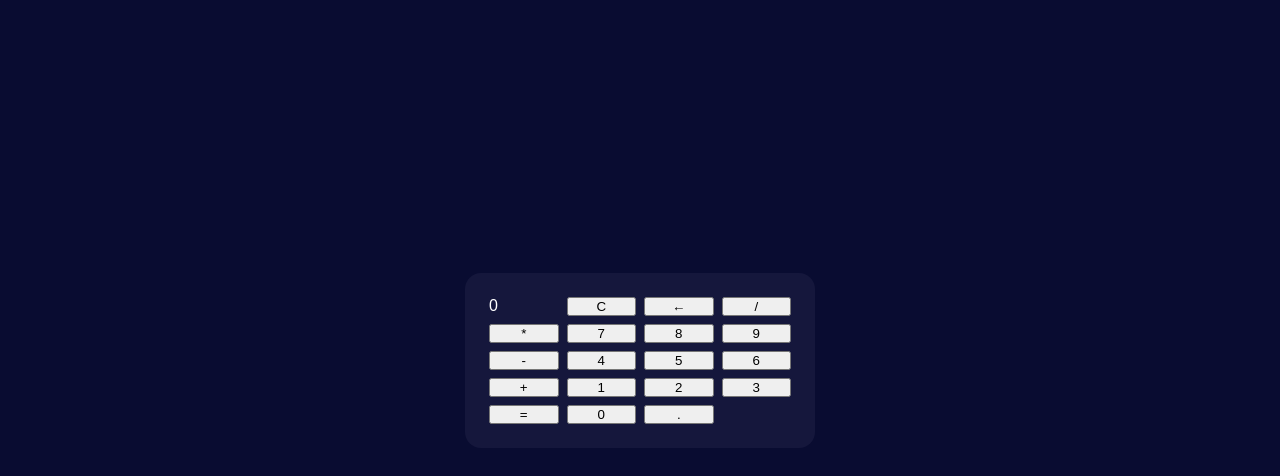
Repository: Herinyhert/Calculator
Page: index.html
These files come from the project's save history. The page is drawn as it stood at one moment and after a run of saves; the edit follows.
The browser window is 1280 px wide. The pictures show the whole page.

Above is the page before, as saved 2023-05-21 20:46:42.

### index.html
<html lang="en">
<head>
    <meta charset="UTF-8">
    <meta http-equiv="X-UA-Compatible" content="IE=edge">
    <meta name="viewport" content="width=device-width, initial-scale=1.0">
    <title>Calculator</title>
    <link rel="stylesheet" href="./css/main.css">
</head>
<body>
    <div class="calculator">
        <div class="window">0</div>
        <button id="c" class="btn">C</button>
        <button id="delete"class="btn">←</button>
        <button class="btn">/</button>
        <button class="btn">*</button>
        <button class="btn">7</button>
        <button class="btn">8</button>
        <button class="btn">9</button>
        <button class="btn">-</button>
        <button class="btn">4</button>
        <button class="btn">5</button>
        <button class="btn">6</button>
        <button class="btn">+</button>
        <button class="btn">1</button>
        <button class="btn">2</button>
        <button class="btn">3</button>
        <button id="equal" class="btn">=</button>
        <button id="cero" class="btn">0</button>
        <button class="btn">.</button>
    </div>

    <script src="./JS/main.js"></script>
</body>
</html>

### css/main.css
*{
    margin: 0;
    padding: 0;
    box-sizing: border-box;
    font-family: sans-serif;
}

body{
    min-height: 100vh;
    background-color: #090c31;
    display: flex;
    justify-content: center;
    align-items: center;
}

.calculator{
    background-color: #15173c;
    color: white;
    width: 350px;
    max-width: 100%;
    padding: 1.5rem;
    border-radius: 1rem;
    display: grid;
    grid-template-columns: repeat(4, 1fr);
    gap: .5rem;
}

.window{
    grid-column: 1/;
}

Loaded but not shown: JS/main.js (no stored copy; drawn as an empty file)

After the next 3 saves:
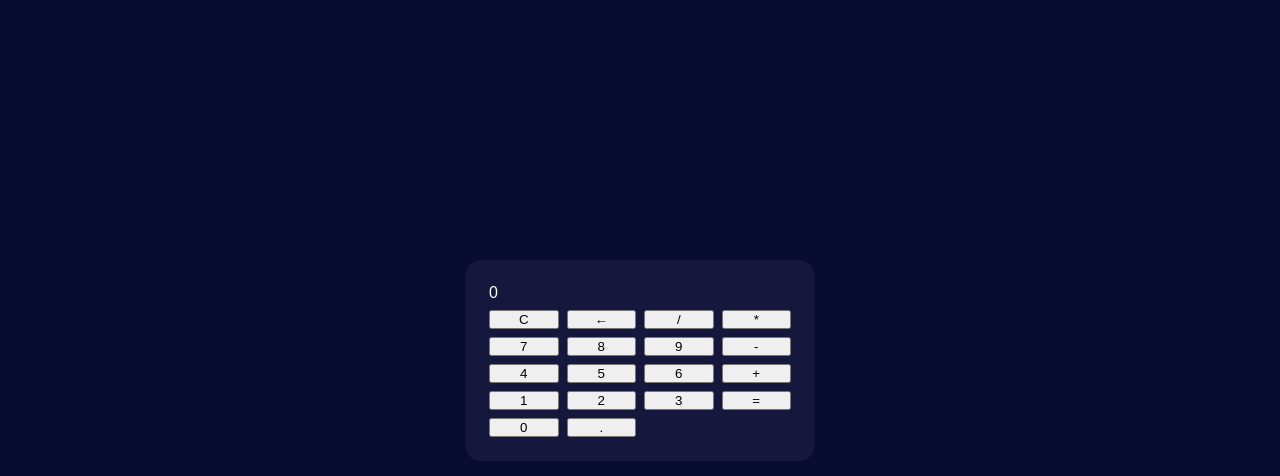
The 3 saves are shown as one change because they came seconds apart.
The last was saved 11 s later.
--- a/css/main.css
+++ b/css/main.css
@@ -26,5 +26,6 @@ body{
 }
 
 .window{
-    grid-column: 1/;
+    grid-column: 1 / -1;
+
 }
